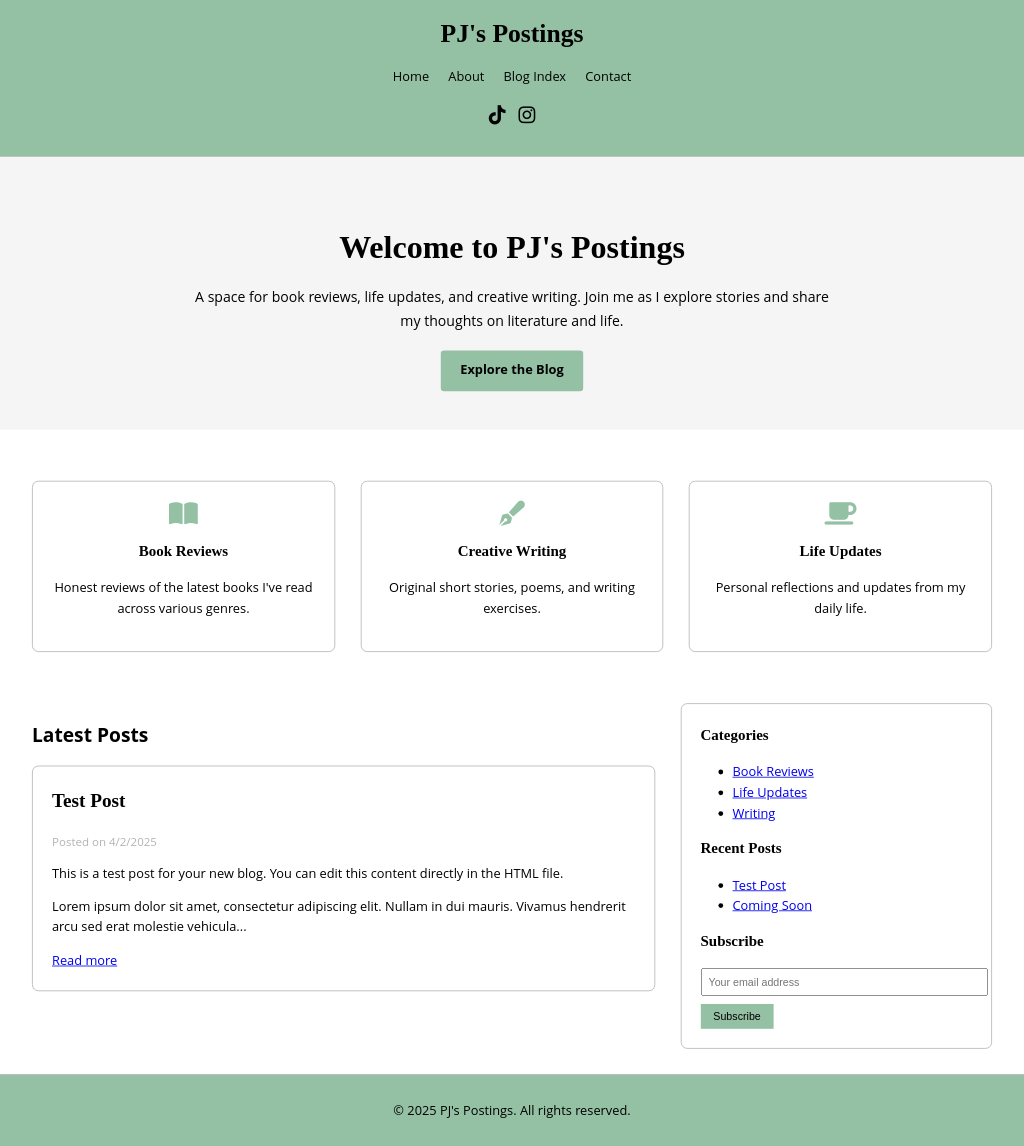
Repository: pjpatrick071/pjpatrick071.github.io
Page: index.html
The author's editor kept a copy of each file at every save. The page is drawn from the files as they stood at one save, then again after the next save.
The browser window is 1280 px wide. The pictures show the whole page, at 80% of full size.
Some web fonts or font styles are not loaded; a fallback is used.

Above is the page before, as saved 2025-04-02 22:48:09.

After the next save:
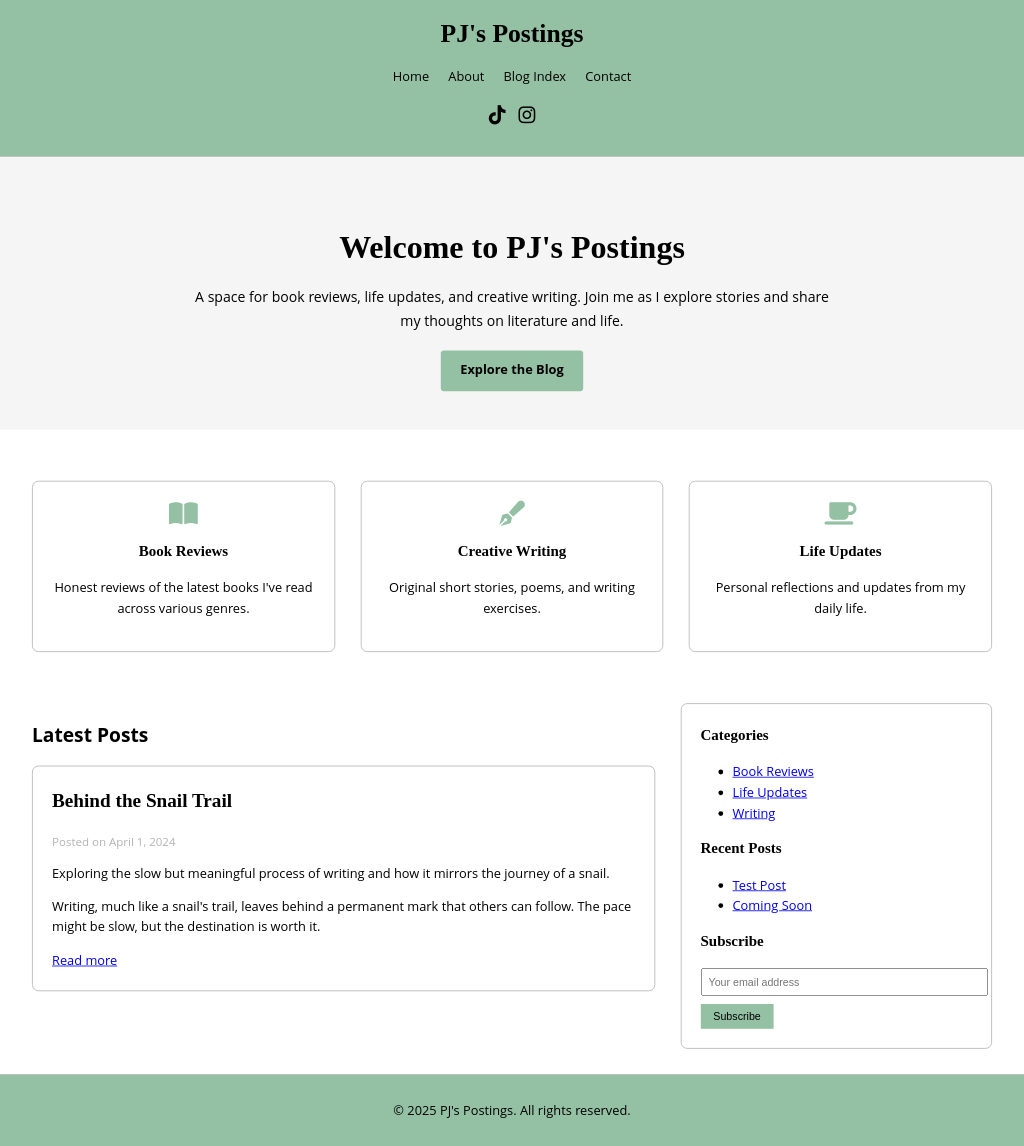
Saved 21 min 0 s later.
--- a/index.html
+++ b/index.html
@@ -270,15 +270,14 @@
             <h2>Latest Posts</h2>
 
             <article class="blog-post">
-                <h2 class="post-title">Test Post</h2>
-                <p class="post-meta">Posted on <script>document.write(new Date().toLocaleDateString());</script></p>
+                <h2 class="post-title">Behind the Snail Trail</h2>
+                <p class="post-meta">Posted on April 1, 2024</p>
                 <div class="entry-content">
-                    <p>This is a test post for your new blog. You can edit this content directly in the HTML file.</p>
-                    <p>Lorem ipsum dolor sit amet, consectetur adipiscing elit. Nullam in dui mauris. Vivamus hendrerit arcu sed erat molestie vehicula...</p>
-                    <a href="blog.html#test-post">Read more</a>
+                    <p>Exploring the slow but meaningful process of writing and how it mirrors the journey of a snail.</p>
+                    <p>Writing, much like a snail's trail, leaves behind a permanent mark that others can follow. The pace might be slow, but the destination is worth it.</p>
+                    <a href="blog.html#snail-trail">Read more</a>
                 </div>
             </article>
-
             <!-- Additional posts can be added by duplicating the article element -->
         </main>
 
